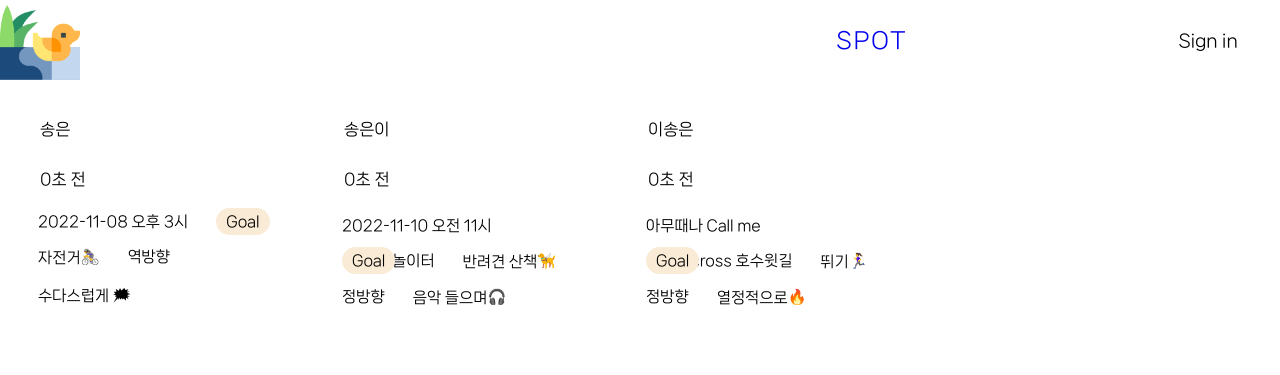
Repository: songeunleee/youngrangho
Page: /
The author's editor kept a copy of each file at every save. The page is drawn from the files as they stood at one save, then again after a run of saves.
The browser window is 1280 px wide. The pictures show the whole page.
Some web libraries are served in a nearby version. The project was rebuilt for these pictures with package versions that can differ from the ones it lists, and the page was loaded fresh each time. Some packages were replaced by stand-ins written for this rebuild. Also part of the build but not shown: src/app.module.css, src/components/activity/activity.module.css, src/components/footer/footer.module.css, src/components/footer/footer.jsx, src/components/home/home.module.css, src/components/home/home.jsx, src/components/add_spot/add_spot.module.css, src/components/add_spot/add_spot.jsx and 6 more.

Above is the page before, as saved 2022-11-08 06:53:12.

After the next 2 saves:
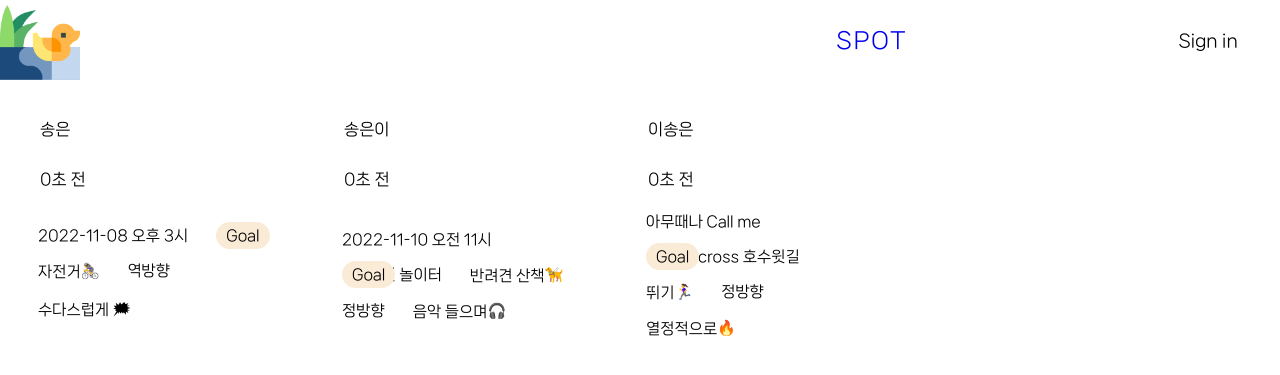
The 2 saves are shown as one change because they came seconds apart.
The last was saved 9 s later.
--- a/src/components/activity_item/activity_item.module.css
+++ b/src/components/activity_item/activity_item.module.css
@@ -55,7 +55,7 @@
 }
 
 .chip.goal::before {
-  content: "\00a0";
+  content: "\00a0\00a0\00a0";
 }
 
 .chop.goal {
